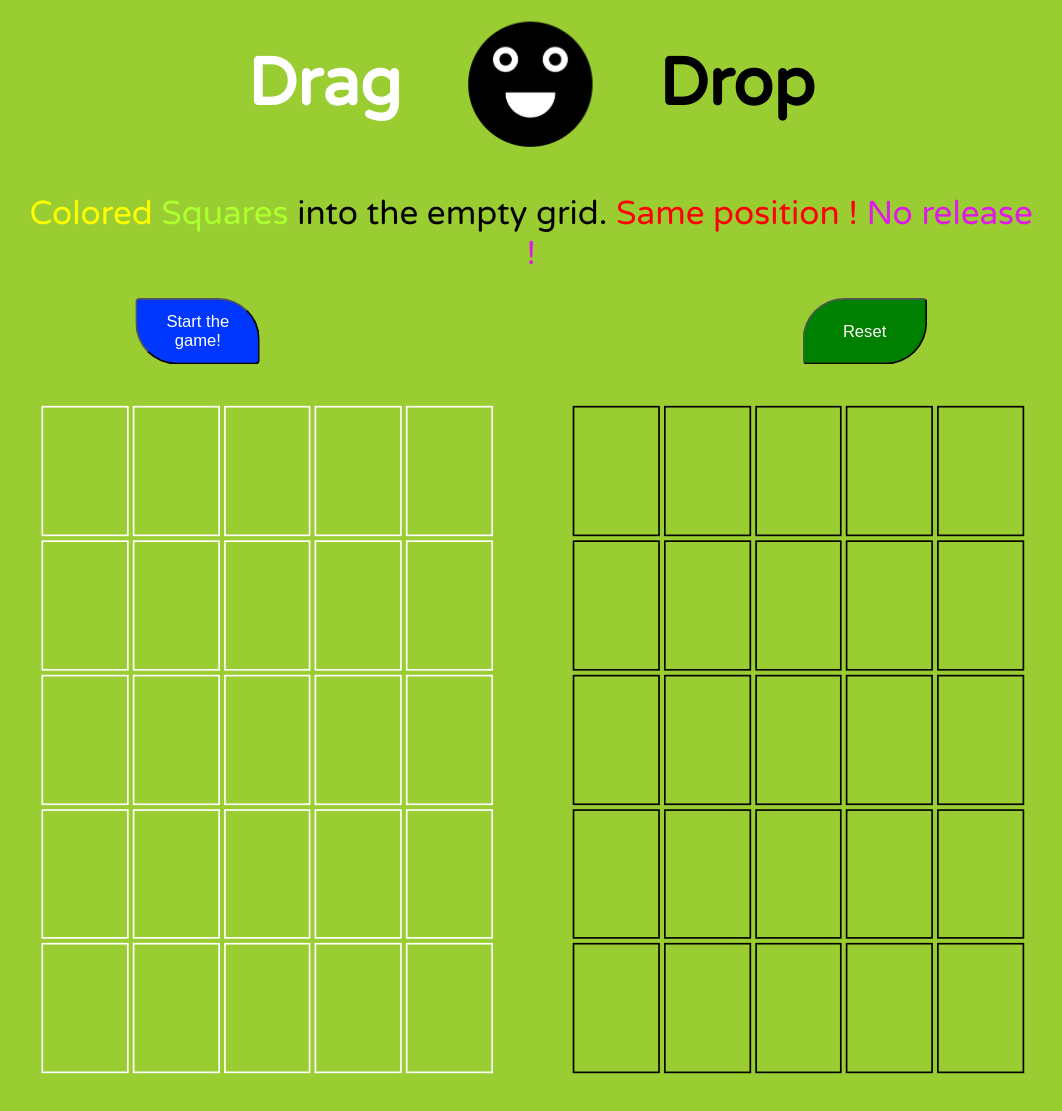
Repository: Siehan/Quiky-drag-and-drop
Page: index.html
An editor plug-in stored every save of this project. The page is shown before and after the next save, followed by the edit.
The browser window is 1280 px wide. The pictures show the whole page, at 83% of full size.

Above is the page before, as saved 2020-01-24 18:03:02.

After the next save:
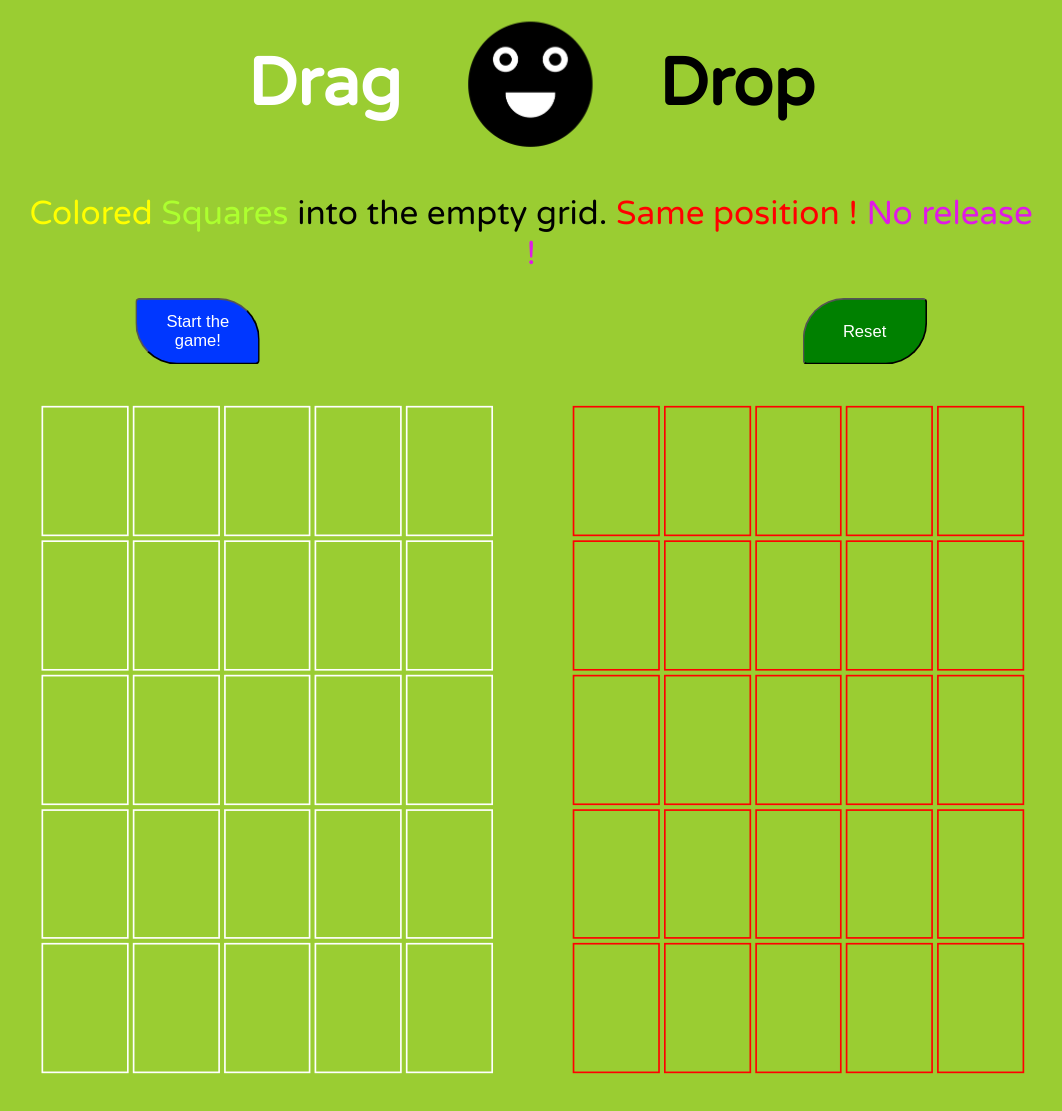
Saved 2 h 48 min later.
--- a/style.css
+++ b/style.css
@@ -102,7 +102,7 @@
 }
 
 .container-two div {
- border: 2px solid black;
+ border: 2px solid red;
  width: 100%;
  height: 100%;
 }

After the save that followed:
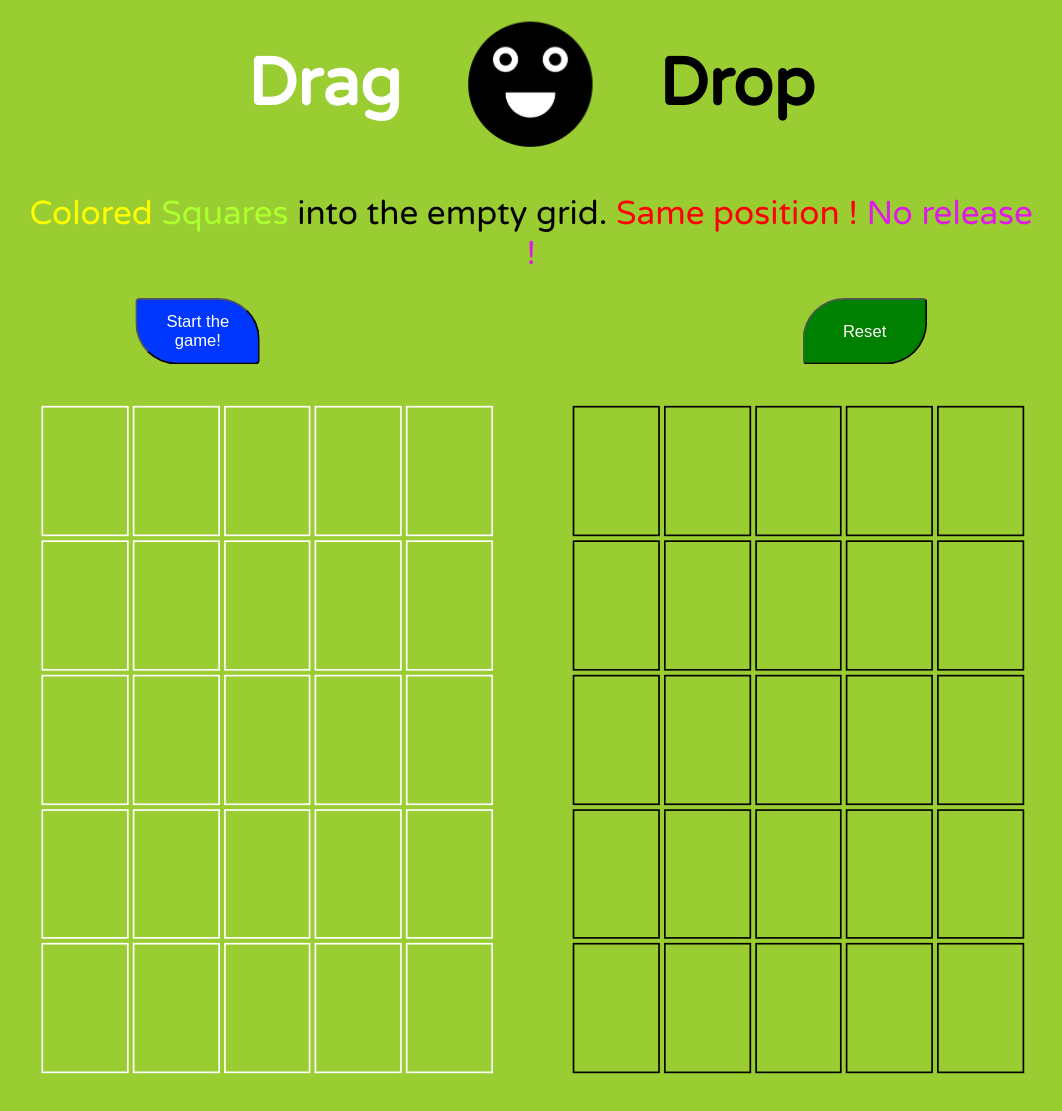
Saved 12 s later.
--- a/style.css
+++ b/style.css
@@ -102,7 +102,7 @@
 }
 
 .container-two div {
- border: 2px solid red;
+ border: 2px solid black;
  width: 100%;
  height: 100%;
 }
